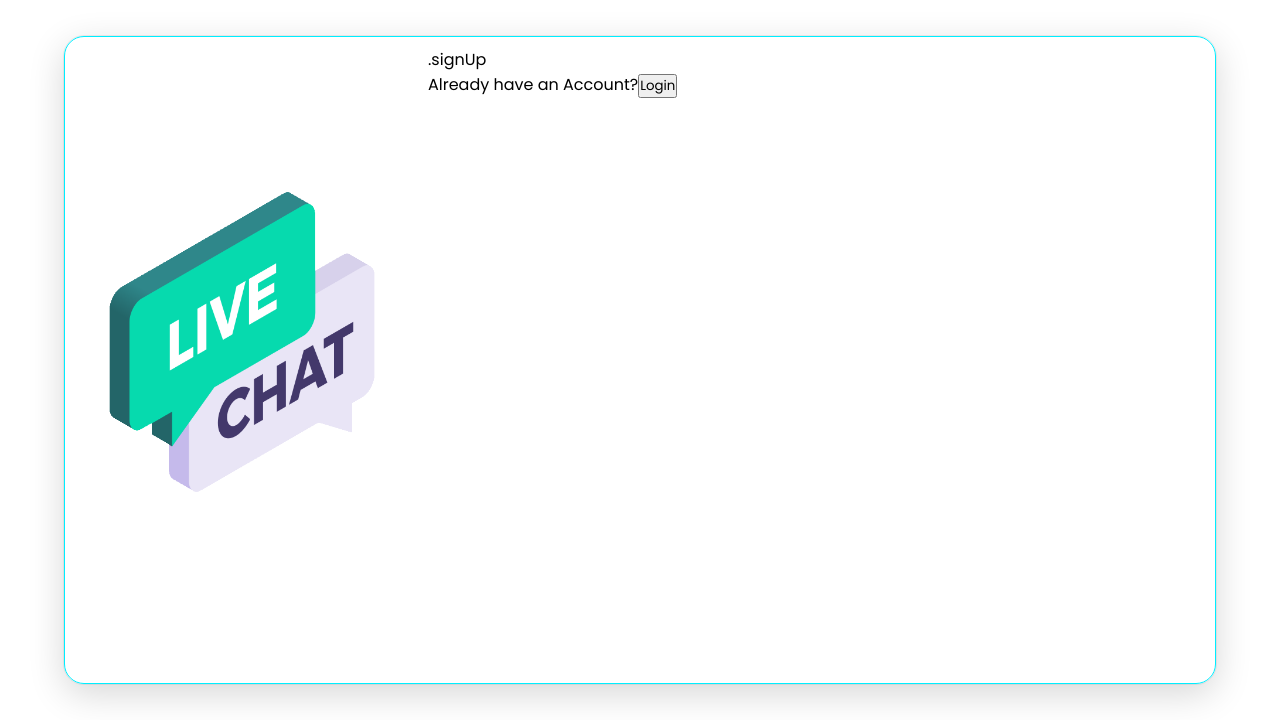
Repository: swastikjhacoder/mern-chat-frontend-only
Page: /
An editor plug-in stored every save of this project. The page is shown before and after a run of saves, followed by the edit.
The browser window is 1280 px wide. The pictures show the whole page.
The project was rebuilt for these pictures with package versions that can differ from the ones it lists, and the page was loaded fresh each time. Also part of the build but not shown: src/components/chat/ConversationList.jsx, src/components/chat/SideBar.jsx, src/components/MainContainer.jsx, src/components/chat/MessageOthers.jsx, src/components/chat/MessageSelf.jsx, src/components/chat/ChatContainer.jsx, src/components/chat/OnlineUsers.jsx, src/components/chat/OnlineUsersGroup.jsx and 4 more.

Above is the page before, as saved 2023-09-22 07:56:12.

### src/index.css
@import url('https://fonts.googleapis.com/css2?family=Poppins:ital,wght@0,100;0,200;0,300;0,400;0,500;0,600;0,700;0,800;0,900;1,400&display=swap');

:root {
  --border-color: #0ef;
  --body-color: #081b29;
  --container-default-color: #fff;
  --self-message-background-color: #63d7b0;
  --other-message-background-color: #e2e4e3;
  --box-shadow: rgba(0, 0, 0, 0.16) 0px 10px 36px 0px, rgba(0, 0, 0, 0.06) 0px 0px 0px 1px;

  --large-font-size: 32px;
  --heading-font-size: 24px;
  --medium-font-size: 18px;
  --normal-font-size: 16px;
  --small-font-size: 12px;
  --tiny-font-size: 10px;

  --bolder-font-weight: 600;
}

::-webkit-scrollbar {
  width: 6px !important;
  height: 6px !important;
}

::-webkit-scrollbar-track {
  background: hsla(0, 0%, 100%, -1);
}

::-webkit-scrollbar-thumb {
  background: rgba(0, 0, 0, 0.2);
}


* {
  margin: 0;
  padding: 0;
  box-sizing: border-box;
  font-family: 'Poppins', sans-serif;
}

body {
  display: flex;
  flex-direction: column;
  justify-content: center;
  align-items: center;
}

.app-container {
  display: flex;
  width: 100vw;
  height: 100vh;
  flex-direction: column;
  justify-content: center;
  align-items: center;
}

.container {
  display: flex;
  flex-direction: row;
  gap: 10px;
  width: 90vw;
  height: 90vh;
  border-radius: 20px;
  border: 1px solid var(--border-color);
  box-shadow: var(--box-shadow);
}

.left-sidebar-container {
  display: flex;
  flex-direction: column;
  flex: 0.3;
  padding: 10px;
}

.sb-header {
  display: flex;
  flex-direction: row;
  border-radius: 20px;
  justify-content: space-between;
  padding: 5px;
  box-shadow: var(--box-shadow);
}

.sb-header >div {
  width: max-content;
}

.icon {
  font-size: var(--large-font-size) !important;
  margin: 10px;
}

.sb-search {
  display: flex;
  flex-direction: row;
  width: 100%;
  padding: 10px;
  margin-top: 10px;
  border-radius: 20px;
  box-shadow: var(--box-shadow);
}

.input-box {
  position: relative;
  width: 450px;
  margin: 10px 0;
}

.input-box input {
  width: 100%;
  padding: 10px;
  background: transparent;
  border-radius: 5px;
  color: var(--body-color);
  outline: none;
  font-size: var(--title-text-size);
}

.input-box span {
  position: absolute;
  left: 0;
  padding: 0 10px;
  pointer-events: none;
  font-size: var(--small-font-size);
  text-transform: uppercase;
  letter-spacing: 1px;
  transform: translateX(10px) translateY(-10px);
}

.sb-conversations {
  background-color: var(--container-color);
  border-radius: 20px;
  padding: 10px 5px;
  margin-top: 10px;
  flex: 1;
  overflow-y: scroll;
  box-shadow: var(--box-shadow);
}

.conversation-container {
  display: grid;
  grid-template-columns: 32px auto auto;
  grid-template-rows: auto auto;
  column-gap: 10px;
  padding: 5px;
  gap: 5px;
  margin: 5px;
  border-radius: 20px;
  transition-duration: .5s;
}

.con-icon {
  grid-area: 1/1/3/2;
  display: flex;
  justify-content: center;
  align-items: center;
  font-size: var(--large-font-size);
  font-weight: var(--bolder-font-weight);
  height: 32px;
  width: 32px;
  padding: 2px;
  border-radius: 50%;
  justify-self: center;
  align-self: center;
}

.con-title {
  grid-area: 1/2/2/4;
  font-weight: var(--bolder-font-weight);
  font-size: var(--medium-font-size);
}

.con-lastMessage {
  font-size: var(--normal-font-size);
}

.con-timeStamp {
  justify-self: flex-end;
  font-size: var(--small-font-size);
}

.right-sidebar-container {
  flex: .7;
  display: flex;
  flex-direction: column;
  gap: 10px;
  padding: 10px 10px 10px 0;
}

.chat-header {
  display: flex;
  justify-content: space-between;
  column-gap: 10px;
  padding: 10px;
  border-radius: 20px;
  box-shadow: var(--box-shadow);
}

.chat-header-info {
  display: flex;
  flex-direction: row;
  justify-content: center;
  align-items: center;
  gap: 10px;
}

.chat-message {
  flex: 1;
  background-color: var(--container-color);
  border-radius: 20px;
  padding: 20px 40px;
  overflow-y: scroll;
  box-shadow: var(--box-shadow);
}

.chat-input {
  display: flex;
  flex-direction: row;
  justify-content: space-between;
  align-items: center;
  border-radius: 20px;
  padding: 10px;
  box-shadow: var(--box-shadow)
}

.self-message-container {
  display: flex;
  justify-content: flex-end;
}

.self-message {
  display: flex;
  flex-direction: column;
  background-color: var(--self-message-background-color);
  width: max-content;
  padding: 10px 10px;
  margin: 5px;
  border-radius: 20px;
}
.self-title {
  font-weight: var(--bolder-font-weight);
  font-size: var(--medium-font-size);
}

.self-message {
  font-size: var(--normal-font-size);
}

.self-timestamp {
  margin-left: auto;
  font-size: var(--small-font-size);
}

.other-message-container {
  display: flex;
  justify-content: flex-start;
  flex-direction: row;
  gap: 5px;
  width: max-content;
  padding: 10px 10px;
  margin: 5px;
  border-radius: 20px;
}

.other-icon {
  display: flex;
  justify-content: center;
  align-items: center;
  font-size: var(--large-font-size);
  font-weight: var(--bolder-font-weight);
  height: 32px;
  width: 32px;
  padding: 2px;
  border-radius: 50%;
  justify-self: center;
  align-self: center;
}

.other-text-content {
  display: flex;
  flex-direction: column;
  background-color: var(--other-message-background-color);
  padding: 10px 10px;
  border-radius: 20px;
}

.other-title {
  font-weight: var(--bolder-font-weight);
  font-size: var(--medium-font-size);
}

.other-message {
  font-size: var(--normal-font-size);
}

.other-timestamp {
  margin-left: auto;
  font-size: var(--small-font-size);
}

.online-users-header {
  border-radius: 20px;
  display: flex;
  gap: 10px;
  padding: 5px;
  font-size: var(--medium-font-size);
  box-shadow: var(--box-shadow);
  align-items: center;
}

.online-users-search {
  display: flex;
  flex-direction: row;
  width: 100%;
  padding: 10px;
  border-radius: 20px;
  box-shadow: var(--box-shadow);
}

.online-users-list {
  border-radius: 20px;
  flex: 1;
  padding: 10px;
  overflow-y: scroll;
}

.online-user {
  display: flex;
  flex: 1;
  gap: 5px;
  border-radius: 20px;
  padding: 20px 40px;
  overflow-y: scroll;
  margin-bottom: 10px;
  align-items: center;
  cursor: pointer;
  transition-duration: .5s;
}

.ou-icon {
  display: flex;
  justify-content: center;
  align-items: center;
  font-size: var(--large-font-size);
  font-weight: var(--bolder-font-weight);
  height: 32px;
  width: 32px;
  padding: 2px;
  border-radius: 50%;
  justify-self: center;
  align-self: center;
}

.ou-title {
  font-size: var(--normal-font-size);
}

.groups-header {
  border-radius: 20px;
  display: flex;
  gap: 10px;
  padding: 5px;
  font-size: var(--medium-font-size);
  box-shadow: var(--box-shadow);
  align-items: center;
}

.group-search {
  display: flex;
  flex-direction: row;
  width: 100%;
  padding: 10px;
  border-radius: 20px;
  box-shadow: var(--box-shadow);
}

.group-list {
  border-radius: 20px;
  flex: 1;
  padding: 10px;
  overflow-y: scroll;
}

.group {
  display: flex;
  flex: 1;
  gap: 5px;
  border-radius: 20px;
  padding: 20px 40px;
  overflow-y: scroll;
  margin-bottom: 10px;
  cursor: pointer;
  transition-duration: .5s;
}

.g-title {
  font-size: var(--normal-font-size);
}

.create-group-header {
  border-radius: 20px;
  display: flex;
  gap: 10px;
  padding: 5px;
  font-size: var(--medium-font-size);
  box-shadow: var(--box-shadow);
  align-items: center;
}

.create-group-input {
  border-radius: 20px;
  padding: 10px 5px;
  display: flex;
  align-items: center;
  box-shadow: var(--box-shadow);
}

.welcome-container {
  display: flex;
  flex-direction: column;
  align-items: center;
  margin: auto auto;
  width: 100%;
  height: 100%;
  padding: 30px 30px;
  border-radius: 20px;
  box-shadow: var(--box-shadow);
}

.banner {
  margin: auto auto;
}

.banner img {
  height: 300px;
  width: 300px;
  margin-bottom: 30px;
}

.banner p {
  font-size: var(--medium-font-size);
  padding: 10px;
}

.login-container {
  display: flex;
  flex-direction: column;
  justify-content: center;
  align-items: center;
  gap: 20px;
  margin: auto auto;
  padding: 20px;
}

.login-container p {
  font-size: var(--heading-font-size);
}

.login {
  display: flex;
  flex-direction: column;
  gap: 10px;
}

.welcome-container {
  display: flex;
  flex-direction: column;
  justify-content: center;
  align-items: center;
  gap: 30px;
}

.welcome-container img {
  height: 300px;
}

.welcome-container p {
  font-size: var(--medium-font-size);
}

### src/App.js
// import { Button } from "@mui/material";
// import React from "react";
// import { useSelector, useDispatch } from "react-redux";
// import { toggleDarkMode, addUser, removeUser } from './redux/liveChatSlice';

// function App() {
//   const dispatch = useDispatch();
//   const mode = useSelector((state) => state.liveChat.mode);
//   const userInfo = useSelector((state) => state.liveChat.userInfo);
//   const background = useSelector( ( state ) => state.liveChat.background );
//   console.log(mode);
//   console.log(userInfo);
//   console.log(background);
//   return (
//     <>
//       <Button onClick={() => dispatch(toggleDarkMode())}>Click Me</Button>
//     </>
//   );
// }

// export default App;

import React from "react";
import { useSelector } from "react-redux";
import "./index.css";
import { BrowserRouter, Routes, Route } from "react-router-dom";
import MainContainer from "./components/MainContainer";
import ChatContainer from "./components/chat/ChatContainer";
import OnlineUsersGroup from "./components/chat/OnlineUsersGroup";
import GroupList from "./components/chat/GroupList";
import CreateGroup from "./components/chat/CreateGroup";
import ChatWelcome from "./components/chat/ChatWelcome";
import LoginSignUp from "./components/Login_SignUp";
import Login from "./components/Login";
import SignUp from "./components/SignUp";

const App = () => {
  const background = useSelector((state) => state.liveChat.background);
  return (
    <>
      <div style={{ backgroundColor: background }} className="app-container">
        <BrowserRouter>
          <Routes>
            <Route path="/" element={<LoginSignUp />}>
              <Route path="/login" element={<Login />} />
              <Route path="register" element={<SignUp />} />
            </Route>
            <Route path="app" element={<MainContainer />}>
              <Route path="welcome" element={<ChatWelcome />} />
              <Route path="chat" element={<ChatContainer />} />
              <Route path="users" element={<OnlineUsersGroup />} />
              <Route path="create-groups" element={<CreateGroup />} />
              <Route path="groups" element={<GroupList />} />
            </Route>
          </Routes>
        </BrowserRouter>
      </div>
    </>
  );
};

export default App;

### src/redux/store.js
import { configureStore } from '@reduxjs/toolkit';
import liveChatReducer from './liveChatSlice';

export const store = configureStore({
  reducer: {
    liveChat: liveChatReducer,
  },
});

### src/components/Login_SignUp.jsx
import React, { useState } from 'react'
import Login from './Login';
import SignUp from './SignUp';
import logo from '../Icons/icon_x512.png'

const Login_SignUp = () =>
{
  const [ newUser, setNewUser ] = useState( false );

  const toggleForm = () =>
  {
    setNewUser( !newUser );
  };
  return (
    <div className="container">
      <div className="left-sidebar-container">
        <div className="banner">
          <img src={logo} alt="logo" />
        </div>
      </div>
      <div className="right-sidebar-container">
        {newUser ? (
          <SignUp toggleForm={toggleForm} />
        ) : (
          <Login toggleForm={toggleForm} />
        )}
      </div>
    </div>
  );
}

export default Login_SignUp

### src/components/Login.jsx
import React from "react";
import { useSelector } from "react-redux";
import { Button } from "@mui/material";

const Login = ({ toggleForm }) => {
  const { color, background } = useSelector((state) => state.liveChat);
  return (
    <div className="login-container">
      <div className="login">
        <p style={{ color: color }}>Login to your Account</p>
        <div className="input-box">
          <input
            type="name"
            name="name"
            required="required"
            style={{ border: `1px solid ${color}`, color: color }}
          />
          <span
            style={{
              color: color,
              border: `1px solid ${color}`,
              background: background,
            }}
          >
            Email/ Mobile
          </span>
        </div>
        <div className="input-box">
          <div className="input-box">
            <input
              type="password"
              name="password"
              required="required"
              style={{ border: `1px solid ${color}`, color: color }}
            />
            <span
              style={{
                color: color,
                border: `1px solid ${color}`,
                background: background,
              }}
            >
              Password
            </span>
          </div>
        </div>
        <Button variant="contained" size="large" style={{ width: "100px" }}>
          Login
        </Button>
      </div>
      <div className="create-account">
        <p style={{ color: color }}>
          Don't have an Account?
          <Button
            variant="outlined"
            style={{ marginLeft: "10px" }}
            onClick={toggleForm()}
          >
            Register
          </Button>
        </p>
      </div>
    </div>
  );
};

export default Login;

### src/components/SignUp.jsx
import React from "react";
import { useSelector } from "react-redux";
import { Button } from "@mui/material";

const SignUp = ({ toggleForm }) => {
  const { color, background } = useSelector((state) => state.liveChat);
  return (
    <div className="signUp-container">
      .signUp
      <p className="create-account">
        Already have an Account?
        <button onClick={() => toggleForm()}>Login</button>
      </p>
    </div>
  );
};

export default SignUp;

### src/redux/liveChatSlice.js
import { createSlice } from "@reduxjs/toolkit";

const initialState = {
  mode: JSON.parse(localStorage.getItem("darkMode")) || false,
  userInfo: JSON.parse(localStorage.getItem("chatUserInfo")) || null,
  background: JSON.parse(localStorage.getItem("backgroundColor")) || "#fff",
  color: JSON.parse(localStorage.getItem("color")) || "#081b29",
};

export const liveChatSlice = createSlice({
  name: "liveChat",
  initialState,
  reducers: {
    toggleDarkMode: (state) => {
      state.mode = !state.mode;
      if (!state.mode) {
        state.background = "#fff";
        state.color = "#081b29";
      } else {
        state.background = "#081b29";
        state.color = "#fff";
      }
      localStorage.setItem("darkMode", JSON.stringify(state.mode));
      localStorage.setItem("backgroundColor", JSON.stringify(state.background));
      localStorage.setItem("color", JSON.stringify(state.color));
    },
    addUser: (state, action) => {
      state.userInfo = action.payload;
      localStorage.setItem("chatUserInfo", JSON.stringify(state.userInfo));
    },
    removeUser: (state) => {
      state.userInfo = null;
      localStorage.setItem("chatUserInfo", JSON.stringify(state.userInfo));
    },
  },
});

export const { toggleDarkMode, addUser, removeUser } =
  liveChatSlice.actions;
export default liveChatSlice.reducer;

Loaded but not shown: src/index.js (common file)

After the next 3 saves:
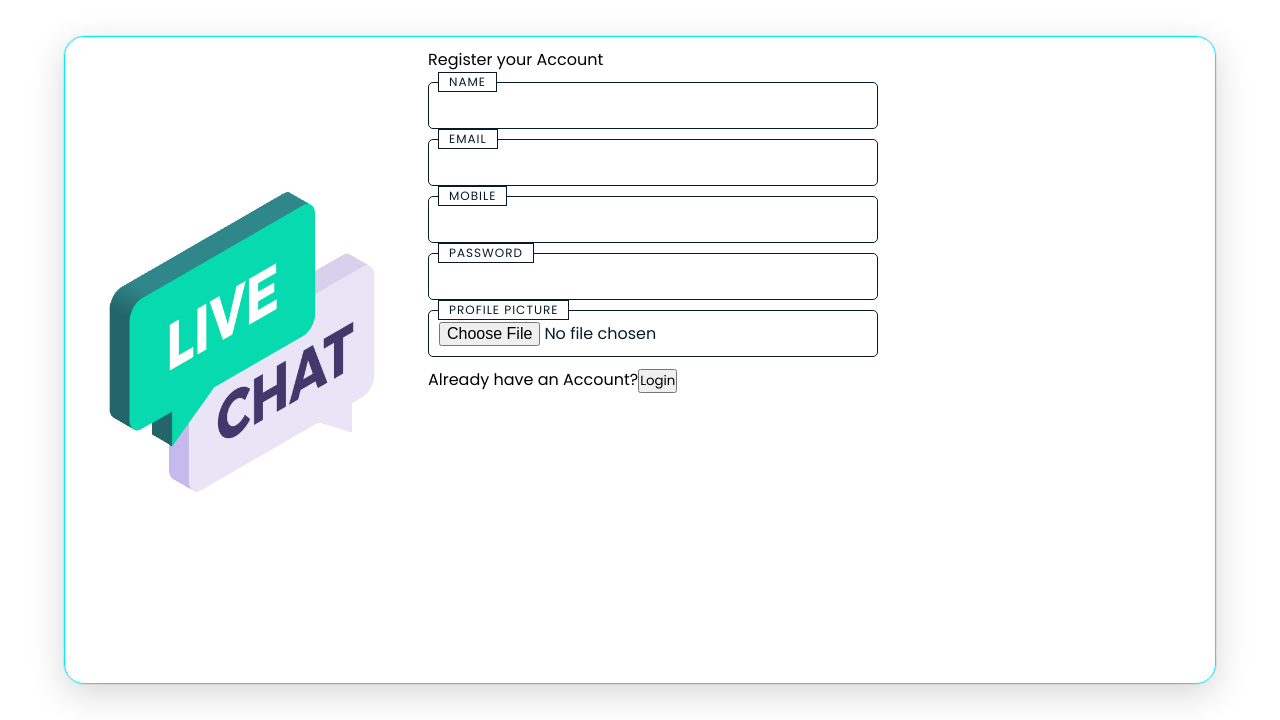
The 3 saves are shown as one change because they came seconds apart.
The last was saved 6 s later.
--- a/src/components/SignUp.jsx
+++ b/src/components/SignUp.jsx
@@ -6,7 +6,105 @@ const SignUp = ({ toggleForm }) => {
   const { color, background } = useSelector((state) => state.liveChat);
   return (
     <div className="signUp-container">
-      .signUp
+      <div className="signUp">
+        <p>Register your Account</p>
+
+        <div className="input-box">
+          <div className="input-box">
+            <input
+              type="text"
+              name="name"
+              required="required"
+              style={{ border: `1px solid ${color}`, color: color }}
+            />
+            <span
+              style={{
+                color: color,
+                border: `1px solid ${color}`,
+                background: background,
+              }}
+            >
+              Name
+            </span>
+          </div>
+        </div>
+        <div className="input-box">
+          <div className="input-box">
+            <input
+              type="email"
+              name="email"
+              required="required"
+              style={{ border: `1px solid ${color}`, color: color }}
+            />
+            <span
+              style={{
+                color: color,
+                border: `1px solid ${color}`,
+                background: background,
+              }}
+            >
+              Email
+            </span>
+          </div>
+        </div>
+        <div className="input-box">
+          <div className="input-box">
+            <input
+              type="text"
+              name="mobile"
+              required="required"
+              style={{ border: `1px solid ${color}`, color: color }}
+            />
+            <span
+              style={{
+                color: color,
+                border: `1px solid ${color}`,
+                background: background,
+              }}
+            >
+              Mobile
+            </span>
+          </div>
+        </div>
+        <div className="input-box">
+          <div className="input-box">
+            <input
+              type="password"
+              name="password"
+              required="required"
+              style={{ border: `1px solid ${color}`, color: color }}
+            />
+            <span
+              style={{
+                color: color,
+                border: `1px solid ${color}`,
+                background: background,
+              }}
+            >
+              Password
+            </span>
+          </div>
+        </div>
+        <div className="input-box">
+          <div className="input-box">
+            <input
+              type="file"
+              name="profile"
+              required="required"
+              style={{ border: `1px solid ${color}`, color: color }}
+            />
+            <span
+              style={{
+                color: color,
+                border: `1px solid ${color}`,
+                background: background,
+              }}
+            >
+              Profile Picture
+            </span>
+          </div>
+        </div>
+      </div>
       <p className="create-account">
         Already have an Account?
         <button onClick={() => toggleForm()}>Login</button>
